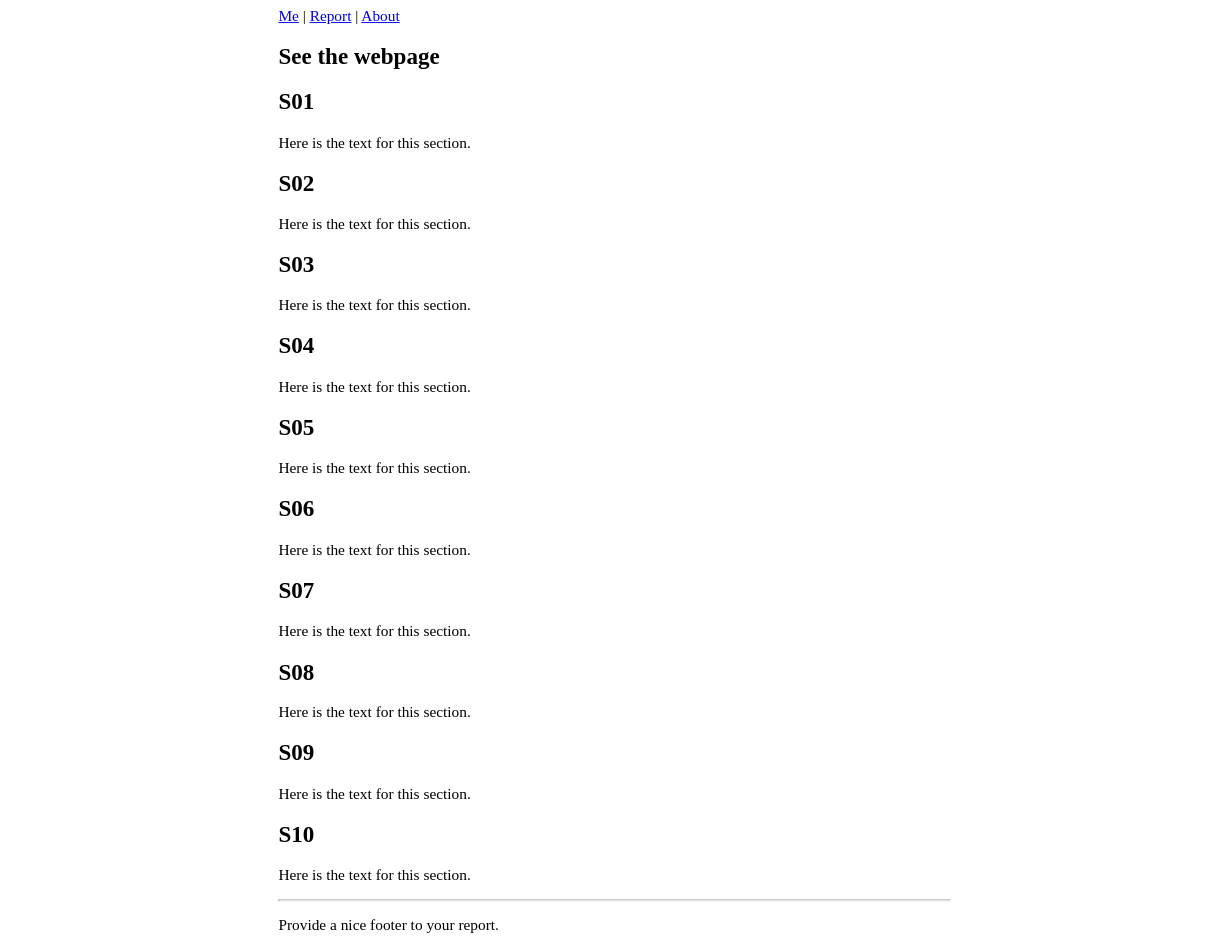
Repository: Webbprogrammering/websoft
Page: work/report/report.html
An editor plug-in stored every save of this project. The page is shown before and after the next save, followed by the edit.
The browser window is 1280 px wide. The pictures show the whole page, at 96% of full size.

Above is the page before, as saved 2020-01-24 07:32:48.

After the next save:
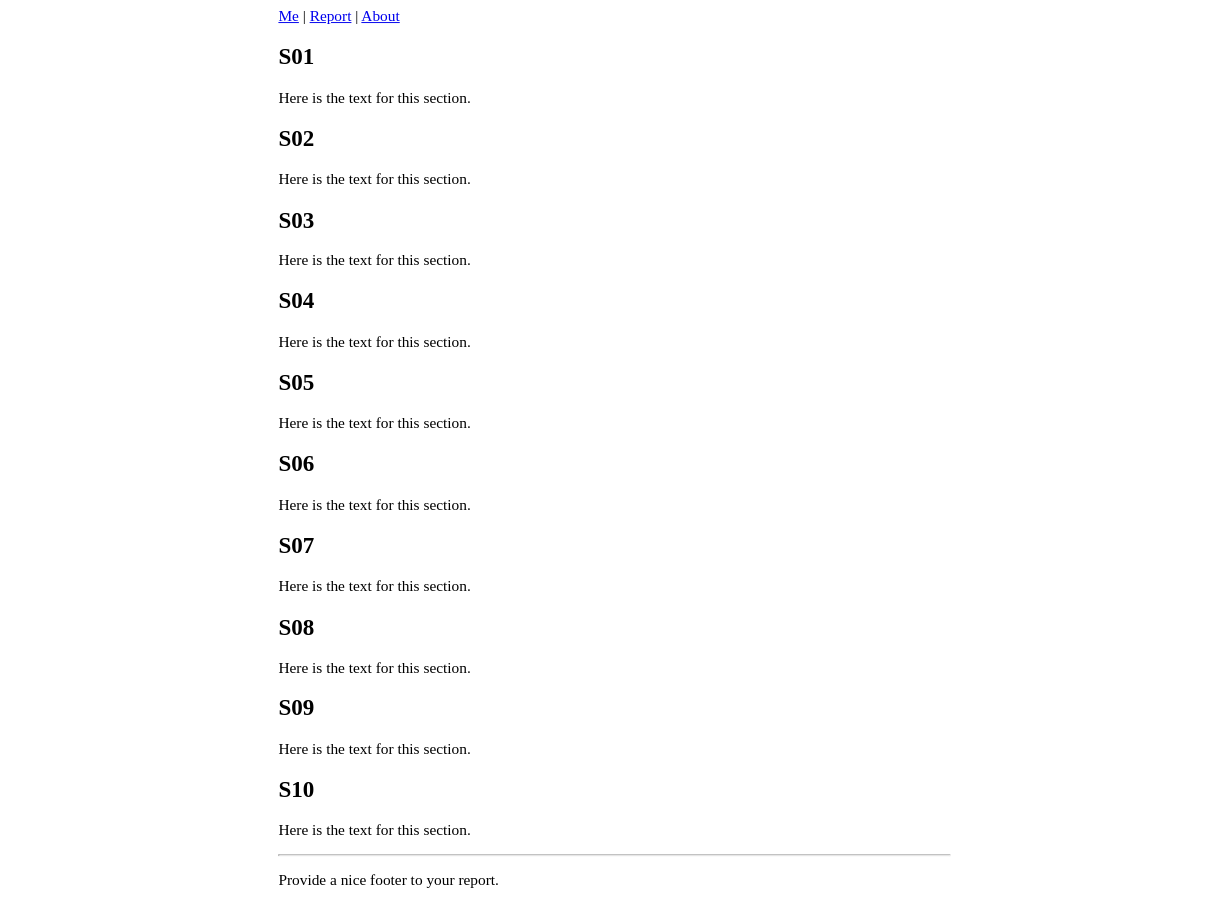
Saved 10 s later.
--- a/work/report/report.html
+++ b/work/report/report.html
@@ -24,7 +24,7 @@
 <article>
 
 <header>
-<h1>See the webpage </h1>
+<h1></h1>
 </header>
 
 <section>
